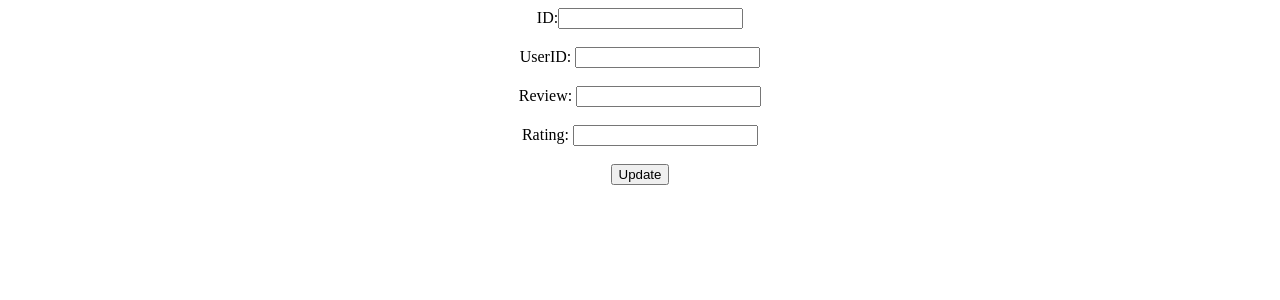
Repository: Shraddha-Khilari/Advance-JAVA
Page: http://localhost/movie-review-mvc/editreview.jsp
The author's editor kept a copy of each file at every save. The page is drawn from the files as they stood at one save, then again after the next save.
The browser window is 1280 px wide. The pictures show the whole page.
The page is served by Tomcat 9. Other server files are loaded and not shown.

Above is the page before, as saved 2023-11-29 07:14:02.

### Day11/movie-review-mvc/src/main/webapp/editreview.jsp
<%@ page language="java" contentType="text/html; charset=UTF-8"
    pageEncoding="UTF-8"%>
<!DOCTYPE html>
<html>
<head>
<meta charset="UTF-8">
<title>Update here</title>
</head>
<body>
<center>
<form method="post" action="/updatereview">
        ID:<input type="text" name="id" value="${review.id}"readonly/><br><br>
        UserID: <input type="text" name="id" value="${review.userId}"/><br><br>
        Review: <input type="text" name="review" value="${review.review}"/> <br/><br/>
        <%-- Movie:  <input type="text" name="movieId" value="${review.movieId}"/> <br/><br/>--%>
        Rating: <input type="text" name="rating" value="${review.rating}"/> <br/><br/>

                <input type="submit" value="Update"/>
</form>
</center>
</body>
</html>

After the next save:
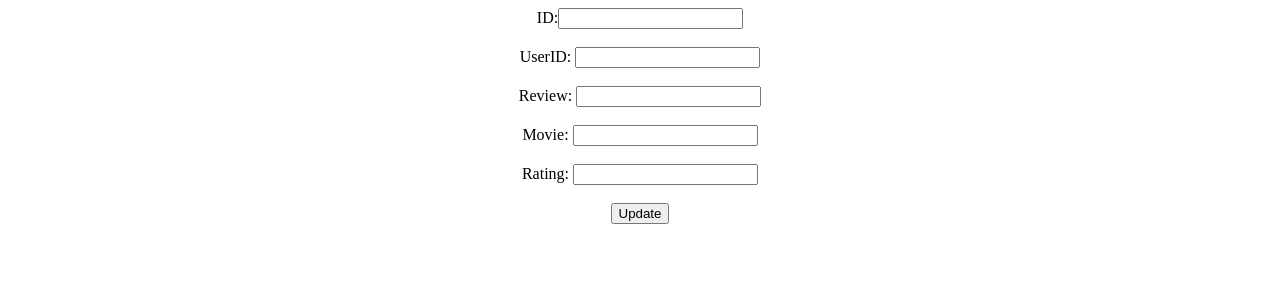
Saved 5 min 55 s later.
--- a/Day11/movie-review-mvc/src/main/webapp/editreview.jsp
+++ b/Day11/movie-review-mvc/src/main/webapp/editreview.jsp
@@ -12,7 +12,7 @@
         ID:<input type="text" name="id" value="${review.id}"readonly/><br><br>
         UserID: <input type="text" name="id" value="${review.userId}"/><br><br>
         Review: <input type="text" name="review" value="${review.review}"/> <br/><br/>
-        <%-- Movie:  <input type="text" name="movieId" value="${review.movieId}"/> <br/><br/>--%>
+         Movie:  <input type="text" name="movieId" value="${review.movieId}"/> <br/><br/>
         Rating: <input type="text" name="rating" value="${review.rating}"/> <br/><br/>
 
                 <input type="submit" value="Update"/>
